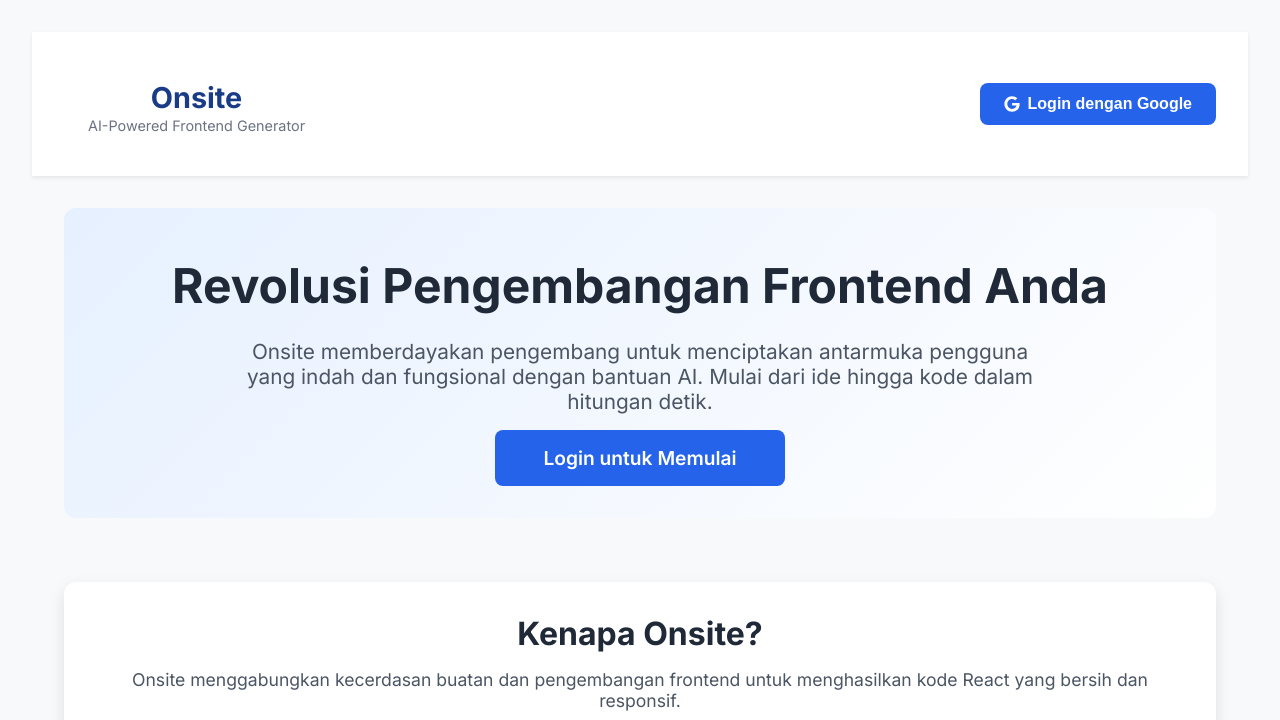
Repository: arifsoul/onsite
Page: / (app in onsite/)
These files come from the project's save history. The page is drawn as it stood at one moment and after the next save; the edit follows.
The browser window is 1280 px wide. The pictures show the whole page.
An inner scrolling area shows only its first screen. The project was rebuilt for these pictures with package versions that can differ from the ones it lists, and the page was loaded fresh each time. Also part of the build but not shown: onsite/vite.config.js, onsite/src/components/Editor/CSSPanel.jsx, onsite/src/components/Editor/JSPanel.jsx, onsite/src/components/Editor/ComponentEditor.css, onsite/src/components/Editor/ComponentEditor.jsx, onsite/src/components/Preview/LivePreview.css, onsite/src/components/Preview/LivePreview.jsx, onsite/src/pages/Editor.css and 3 more.

Above is the page before, as saved 2025-04-14 17:25:09.

### onsite/src/index.css
/* src/index.css */
@import url('https://fonts.googleapis.com/css2?family=Inter:wght@400;600;700&display=swap');

* {
  margin: 0;
  padding: 0;
  box-sizing: border-box;
}

html, body {
  height: 100%;
  width: 100%;
  overflow-x: hidden; /* Mencegah scroll horizontal */
}

body {
  font-family: 'Inter', sans-serif;
  background-color: #f8f9fa;
}

#root {
  display: flex;
  flex-direction: column;
  min-height: 100vh;
  width: 100%;
}

### onsite/src/App.jsx
import { BrowserRouter as Router, Routes, Route } from 'react-router-dom';
import { Auth0Provider } from '@auth0/auth0-react';
import { CodeProvider } from './context/CodeContext';
import Home from './pages/Home';
import Editor from './pages/Editor';
import Login from './pages/Login';
import './App.css';

function App() {
  return (
    <Auth0Provider
      domain={import.meta.env.VITE_AUTH0_DOMAIN}
      clientId={import.meta.env.VITE_AUTH0_CLIENT_ID}
      redirectUri={window.location.origin}
    >
      <CodeProvider>
        <Router>
          <Routes>
            <Route path="/" element={<Home />} />
            <Route path="/login" element={<Login />} />
            <Route path="/editor" element={<Editor />} />
          </Routes>
        </Router>
      </CodeProvider>
    </Auth0Provider>
  );
}

export default App;

### onsite/src/context/CodeContext.jsx
import { createContext, useState, useContext } from 'react';

const CodeContext = createContext();

export const CodeProvider = ({ children }) => {
  const [generatedCode, setGeneratedCode] = useState({
    html: '',
    css: '',
    js: '',
  });
  const [components, setComponents] = useState([]);

  const updateComponent = (id, updates) => {
    setComponents((prev) =>
      prev.map((comp) =>
        comp.id === id ? { ...comp, ...updates } : comp
      )
    );
  };

  return (
    <CodeContext.Provider
      value={{ generatedCode, setGeneratedCode, components, setComponents, updateComponent }}
    >
      {children}
    </CodeContext.Provider>
  );
};

export const useCode = () => useContext(CodeContext);

### onsite/src/pages/Home.jsx
import React, { useState } from 'react';
import { useAuth0 } from '@auth0/auth0-react';
import AIGenerator from '../components/Generator/AIGenerator';
import GoogleLogin from '../components/Auth/GoogleLogin';
import { Link } from 'react-router-dom';
import './Home.css';

const Home = () => {
  const { isAuthenticated } = useAuth0();

  // State variables to hold the code and active tab
  const [htmlCode, setHtmlCode] = useState('<h1>Hello World</h1>');
  const [cssCode, setCssCode] = useState('h1 { color: blue; }');
  const [jsCode, setJsCode] = useState('console.log("Hello World");');
  const [activeTab, setActiveTab] = useState('html');

  // Combine the codes into an HTML string for the iframe
  const iframeCode = `
<html>
<head>
<style>${cssCode}</style>
</head>
<body>
${htmlCode}
<script>${jsCode}</script>
</body>
</html>
  `.trim();

  return (
    <div className="home-container">
      <header className="home-header">
        <div className="logo">
          <h1>Onsite</h1>
          <span>AI-Powered Frontend Generator</span>
        </div>
        <GoogleLogin />
      </header>
      <main className="home-main">
        <section className="hero-section">
          <h2>Revolusi Pengembangan Frontend Anda</h2>
          <p>
            Onsite memberdayakan pengembang untuk menciptakan antarmuka pengguna yang indah dan fungsional dengan bantuan AI.
            Mulai dari ide hingga kode dalam hitungan detik.
          </p>
          <Link to={isAuthenticated ? '/editor' : '/login'} className="hero-cta">
            {isAuthenticated ? 'Mulai Mengedit Sekarang' : 'Login untuk Memulai'}
          </Link>
        </section>
        <section className="description-section">
          <h2>Kenapa Onsite?</h2>
          <p>
            Onsite menggabungkan kecerdasan buatan dan pengembangan frontend untuk menghasilkan kode React yang bersih dan responsif.
          </p>
          <ul>
            <li>Generate kode dengan cepat dan akurat.</li>
            <li>Edit komponen secara visual.</li>
            <li>Integrasi mudah dengan proyek Anda.</li>
          </ul>
        </section>
        <section className="code-playground">
          <div className="generator-section">
            <h3>AI Generator</h3>
            <AIGenerator
              onGenerate={(html, css, js) => {
                setHtmlCode(html);
                setCssCode(css);
                setJsCode(js);
              }}
            />
          </div>
          <div className="preview-section">
            <h3>Preview</h3>
            <iframe
              srcDoc={iframeCode}
              className="preview-iframe"
              sandbox="allow-scripts"
              title="Live Preview"
            />
          </div>
          <div className="editor-section">
            <h3>Code Editor</h3>
            <div className="tabs">
              <button
                className={activeTab === 'html' ? 'active' : ''}
                onClick={() => setActiveTab('html')}
              >
                HTML
              </button>
              <button
                className={activeTab === 'css' ? 'active' : ''}
                onClick={() => setActiveTab('css')}
              >
                CSS
              </button>
              <button
                className={activeTab === 'js' ? 'active' : ''}
                onClick={() => setActiveTab('js')}
              >
                JS
              </button>
            </div>
            <div className="code-editor">
              {activeTab === 'html' && (
                <textarea
                  value={htmlCode}
                  onChange={(e) => setHtmlCode(e.target.value)}
                  placeholder="Enter HTML code here..."
                />
              )}
              {activeTab === 'css' && (
                <textarea
                  value={cssCode}
                  onChange={(e) => setCssCode(e.target.value)}
                  placeholder="Enter CSS code here..."
                />
              )}
              {activeTab === 'js' && (
                <textarea
                  value={jsCode}
                  onChange={(e) => setJsCode(e.target.value)}
                  placeholder="Enter JavaScript code here..."
                />
              )}
            </div>
          </div>
        </section>
      </main>
      <footer className="home-footer">
        <p>© 2025 Onsite. All rights reserved.</p>
      </footer>
    </div>
  );
};

export default Home;

### onsite/src/components/Generator/AIGenerator.jsx
import { useState } from 'react';
import { useCode } from '../../context/CodeContext';
import { generateCode } from '../../services/deepseekApi';
import './AIGenerator.css';

const AIGenerator = () => {
  const [prompt, setPrompt] = useState('');
  const [error, setError] = useState(null);
  const { setGeneratedCode, setComponents } = useCode();

  const handleGenerate = async () => {
    try {
      setError(null);
      const response = await generateCode(prompt);
      const { html, css, js, components } = response.data;
      setGeneratedCode({ html, css, js });
      setComponents(components || []);
    } catch (error) {
      setError('Gagal menghasilkan kode.');
    }
  };

  return (
    <div className="generator-container">
      <textarea
        value={prompt}
        onChange={(e) => setPrompt(e.target.value)}
        placeholder="Tulis deskripsi UI Anda di sini..."
        className="prompt-input code-editor"
      />
      <button onClick={handleGenerate} className="generate-btn">
        Generate Kode
      </button>
      {error && <p className="error-message">{error}</p>}
    </div>
  );
};

export default AIGenerator;

### onsite/src/components/Auth/GoogleLogin.jsx
import { useAuth0 } from '@auth0/auth0-react';
import { FaGoogle } from 'react-icons/fa';
import './GoogleLogin.css';

const GoogleLogin = () => {
  const { loginWithRedirect, isAuthenticated, user, logout } = useAuth0();

  return (
    <div>
      {isAuthenticated ? (
        <div className="user-info">
          <img src={user?.picture} alt={user?.name} />
          <span>{user?.name}</span>
          <button
            className="logout-btn"
            onClick={() => logout({ returnTo: window.location.origin })}
          >
            Logout
          </button>
        </div>
      ) : (
        <button
          className="google-login-btn"
          onClick={() => loginWithRedirect({ connection: 'google-oauth2' })}
        >
          <FaGoogle /> Login dengan Google
        </button>
      )}
    </div>
  );
};

export default GoogleLogin;

### onsite/src/pages/Home.css
.home-container {
    display: flex;
    flex-direction: column;
    min-height: 100vh;
    width: 100%;
    background-color: #f8f9fa;
  }

  .home-header {
    display: flex;
    justify-content: space-between;
    align-items: center;
    padding: 1.5rem 2rem;
    background-color: #ffffff;
    box-shadow: 0 2px 4px rgba(0, 0, 0, 0.08);
  }

  .logo h1 {
    font-size: 1.8rem;
    color: #1a3c87;
  }

  .logo span {
    font-size: 0.9rem;
    color: #6b7280;
  }

  .home-main {
    flex: 1;
    padding: 2rem;
    max-width: 1400px;
    margin: 0 auto;
    width: 100%;
  }

  .hero-section {
    text-align: center;
    margin-bottom: 4rem;
    padding: 3rem 0;
    background: linear-gradient(135deg, #e6f0ff 0%, #ffffff 100%);
    border-radius: 12px;
  }

  .hero-section h2 {
    font-size: 3rem;
    color: #1f2937;
    margin-bottom: 1.5rem;
  }

  .hero-section p {
    font-size: 1.3rem;
    color: #4b5563;
    max-width: 800px;
    margin: 0 auto 2rem;
  }

  .hero-cta {
    padding: 1rem 3rem;
    background-color: #2563eb;
    color: #ffffff;
    text-decoration: none;
    border-radius: 8px;
    font-size: 1.2rem;
    font-weight: 600;
  }

  .hero-cta:hover {
    background-color: #1d4ed8;
  }

  .description-section {
    background-color: #ffffff;
    border-radius: 12px;
    box-shadow: 0 6px 16px rgba(0, 0, 0, 0.1);
    padding: 2rem;
    margin-bottom: 2rem;
  }

  .description-section h2 {
    font-size: 2rem;
    color: #1f2937;
    margin-bottom: 1rem;
  }

  .description-section p {
    font-size: 1.1rem;
    color: #4b5563;
    margin-bottom: 1rem;
  }

  .description-section ul {
    list-style: none;
  }

  .description-section li {
    font-size: 1.1rem;
    color: #4b5563;
    margin-bottom: 0.75rem;
    padding-left: 2rem;
    position: relative;
  }

  .description-section li::before {
    content: '✔';
    position: absolute;
    left: 0;
    color: #2563eb;
  }

  .code-playground {
    display: flex;
    flex-direction: column;
    gap: 2rem;
  }

  .generator-section,
  .preview-section,
  .editor-section {
    background-color: #ffffff;
    border-radius: 12px;
    box-shadow: 0 6px 16px rgba(0, 0, 0, 0.1);
    padding: 2rem;
  }

  .generator-section h3,
  .preview-section h3,
  .editor-section h3 {
    font-size: 1.8rem;
    color: #1f2937;
    margin-bottom: 1.5rem;
  }

  .preview-iframe {
    width: 100%;
    height: 400px;
    border: none;
    border-radius: 8px;
    background-color: #fff;
  }

  .tabs {
    display: flex;
    gap: 0.5rem;
    margin-bottom: 1rem;
  }

  .tabs button {
    padding: 0.5rem 1rem;
    background-color: #e5e7eb;
    border: none;
    cursor: pointer;
    border-radius: 4px;
    font-size: 1rem;
    transition: background-color 0.2s;
  }

  .tabs button.active {
    background-color: #2563eb;
    color: #ffffff;
  }

  .tabs button:hover:not(.active) {
    background-color: #d1d5db;
  }

  .code-editor textarea {
    width: 100%;
    height: 200px;
    font-family: 'Courier New', Courier, monospace;
    font-size: 1rem;
    padding: 1rem;
    border: 1px solid #d1d5db;
    border-radius: 4px;
    resize: vertical;
    background-color: #f9fafb;
    color: #1f2937;
  }

  .code-editor textarea:focus {
    outline: none;
    border-color: #2563eb;
    box-shadow: 0 0 0 2px rgba(37, 99, 235, 0.2);
  }

  .home-footer {
    text-align: center;
    padding: 2rem;
    background-color: #ffffff;
    border-top: 1px solid #e5e7eb;
    color: #6b7280;
  }

  @media (max-width: 768px) {
    .hero-section h2 {
      font-size: 2rem;
    }

    .hero-section p {
      font-size: 1.1rem;
    }

    .preview-iframe {
      height: 300px;
    }

    .code-editor textarea {
      height: 150px;
    }
  }

### onsite/src/services/deepseekApi.js
import axios from 'axios';

const API_KEY = import.meta.env.VITE_DEEPSEEK_API_KEY;
const BASE_URL = 'https://api.deepseek.com';

export const generateCode = async (prompt) => {
  if (!API_KEY) {
    throw new Error('DeepSeek API key is missing. Please set VITE_DEEPSEEK_API_KEY in .env.');
  }

  if (!prompt || prompt.trim() === '') {
    throw new Error('Prompt cannot be empty.');
  }

  try {
    const response = await axios.post(
      `${BASE_URL}/chat/completions`,
      {
        model: 'deepseek-chat',
        messages: [
          {
            role: 'system',
            content:
              'You are an AI that generates React component code (HTML, CSS, JS) based on user descriptions. Return structured JSON with html, css, js, and components array.',
          },
          { role: 'user', content: prompt },
        ],
        stream: false,
      },
      {
        headers: {
          'Content-Type': 'application/json',
          Authorization: `Bearer ${API_KEY}`,
        },
      }
    );
    return response;
  } catch (error) {
    console.error('DeepSeek API Error:', {
      message: error.message,
      status: error.response?.status,
      data: error.response?.data,
    });
    throw new Error(
      error.response?.data?.error?.message || 'Failed to generate code. Please check API key and network.'
    );
  }
};

### onsite/src/components/Generator/AIGenerator.css
.generator-container {
  display: flex;
  flex-direction: column;
  gap: 1.5rem;
  height: 100%;
}

.prompt-input.code-editor {
  width: 100%;
  min-height: 250px;
  padding: 1.5rem;
  border: 1px solid #d1d5db;
  border-radius: 8px;
  font-family: 'Courier New', Courier, monospace;
  font-size: 1rem;
  background-color: #f9fafb;
  color: #1f2937;
  resize: vertical;
}

.prompt-input:focus {
  border-color: #2563eb;
  outline: none;
}

.generate-btn {
  padding: 0.75rem 1.5rem;
  background-color: #2563eb;
  color: #ffffff;
  border: none;
  border-radius: 8px;
  font-weight: 600;
}

.generate-btn:hover {
  background-color: #1d4ed8;
}

.error-message {
  color: #dc2626;
  font-size: 0.9rem;
}

### onsite/src/components/Auth/GoogleLogin.css
/* src/components/Auth/GoogleLogin.css */
.google-login-btn {
  display: flex;
  align-items: center;
  gap: 0.5rem;
  padding: 0.75rem 1.5rem;
  background-color: #2563eb;
  color: #ffffff;
  border: none;
  border-radius: 8px;
  font-size: 1rem;
  font-weight: 600;
  cursor: pointer;
  transition: background-color 0.2s;
}

.google-login-btn:hover {
  background-color: #1d4ed8;
}

.user-info {
  display: flex;
  align-items: center;
  gap: 0.75rem;
}

.user-info img {
  border-radius: 50%;
  width: 36px;
  height: 36px;
}

.user-info span {
  font-size: 1rem;
  color: #1f2937;
}

.logout-btn {
  padding: 0.5rem 1rem;
  background-color: #dc2626;
  color: #ffffff;
  border: none;
  border-radius: 8px;
  font-size: 0.9rem;
  font-weight: 600;
  cursor: pointer;
  transition: background-color 0.2s;
}

.logout-btn:hover {
  background-color: #b91c1c;
}

Loaded but not shown: onsite/index.html (common file); onsite/src/main.jsx (common file); onsite/src/App.css (common file)

After the next save:
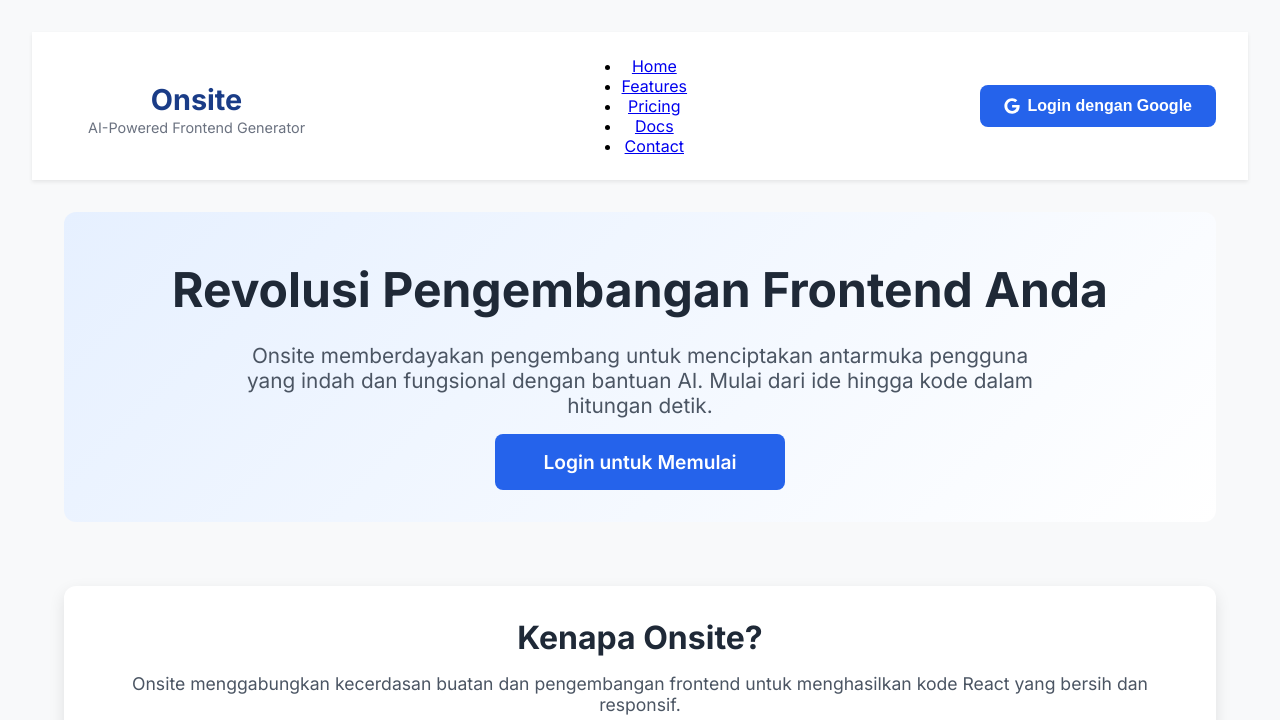
Saved 6 min 3 s later.
--- a/onsite/src/pages/Home.jsx
+++ b/onsite/src/pages/Home.jsx
@@ -8,13 +8,11 @@
 const Home = () => {
   const { isAuthenticated } = useAuth0();
 
-  // State variables to hold the code and active tab
   const [htmlCode, setHtmlCode] = useState('<h1>Hello World</h1>');
   const [cssCode, setCssCode] = useState('h1 { color: blue; }');
   const [jsCode, setJsCode] = useState('console.log("Hello World");');
   const [activeTab, setActiveTab] = useState('html');
 
-  // Combine the codes into an HTML string for the iframe
   const iframeCode = `
 <html>
 <head>
@@ -34,6 +32,15 @@
           <h1>Onsite</h1>
           <span>AI-Powered Frontend Generator</span>
         </div>
+        <nav className="nav-menu">
+          <ul>
+            <li><Link to="/">Home</Link></li>
+            <li><Link to="/features">Features</Link></li>
+            <li><Link to="/pricing">Pricing</Link></li>
+            <li><Link to="/docs">Docs</Link></li>
+            <li><Link to="/contact">Contact</Link></li>
+          </ul>
+        </nav>
         <GoogleLogin />
       </header>
       <main className="home-main">
@@ -125,6 +132,22 @@
             </div>
           </div>
         </section>
+        <section className="features-section">
+          <h2>Features</h2>
+          <p>Jelajahi fitur-fitur canggih dari Onsite.</p>
+        </section>
+        <section className="pricing-section">
+          <h2>Pricing</h2>
+          <p>Pilih paket yang sesuai dengan kebutuhan Anda.</p>
+        </section>
+        <section className="docs-section">
+          <h2>Docs</h2>
+          <p>Pelajari cara menggunakan Onsite dengan dokumentasi lengkap kami.</p>
+        </section>
+        <section className="contact-section">
+          <h2>Contact</h2>
+          <p>Hubungi kami untuk dukungan atau pertanyaan.</p>
+        </section>
       </main>
       <footer className="home-footer">
         <p>© 2025 Onsite. All rights reserved.</p>
